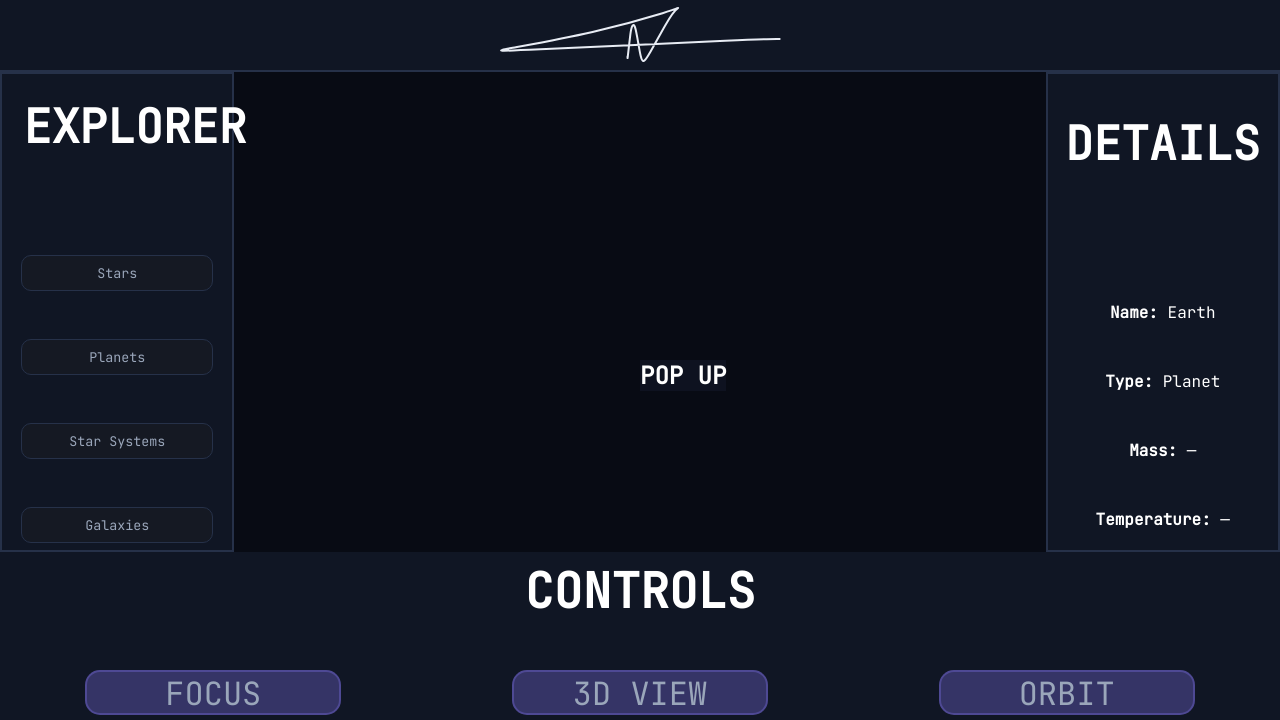
Repository: nico-madruga/Universe
Page: front-end/html/index.html
An editor plug-in stored every save of this project. The page is shown before and after the next save, followed by the edit.
The browser window is 1280 px wide. The pictures show the whole page.
After loading, the first visible `#stars-button` was clicked once.

Above is the page before, as saved 2026-09-29 21:15:18.

### front-end/html/index.html
<!DOCTYPE html>
<html lang="en">
<head>
    <meta charset="UTF-8">
    <meta name="viewport" content="width=device-width, initial-scale=1.0">
    <link href='https://fonts.googleapis.com/css?family=JetBrains Mono' rel='stylesheet'>
    <link rel="stylesheet" href="../css/style.css">
    <title>Universe</title>

    <link rel="stylesheet" href="../css/style.css">
</head>

<body>

    <header>
        <img src="/front-end/imgs/Vector 1.svg">
    </header>


    <main class="layout">

        <aside class="sidebar">

            <h2>EXPLORER</h2>

            <nav>
                <button id="stars-button" class="standard_button">Stars</button>
                <button id="planets-button" class="standard_button">Planets</button>
                <button id="systems-button" class="standard_button">Star Systems</button>
                <button id="galaxies-button" class="standard_button">Galaxies</button>
            </nav>

        </aside>

                <div class="star star-1"></div>
                <div class="star star-2"></div>
                <div class="star star-3"></div>

                <div class="planet"></div>

            <section class="object-info">

                <h2>DETAILS</h2>

                <div class="info-grid">

                    <p>
                        <strong>Name:</strong>
                        Earth
                    </p>

                    <p>
                        <strong>Type:</strong>
                        Planet
                    </p>

                    <p>
                        <strong>Mass:</strong>
                        —
                    </p>

                    <p>
                        <strong>Temperature:</strong>
                        —
                    </p>

                </div>

            </section>

        </section>

    </main>

    <section id="pop-up" class="pop-up">
        <div id="pop-up-content" class="pop-up-content">
            <h1>POP UP</h1>
        </div>
    </section>

    <footer class="controls">
        <h2>CONTROLS</h2>

        <div class="control-buttons">
            <button class="control-button">FOCUS</button>
            <button class="control-button">3D VIEW</button>
            <button class="control-button">ORBIT</button>
        </div>
    </footer>
<script src="/front-end/js/main.js"></script>
</body>
</html>

### front-end/css/style.css
:root
{
    --background-color: #101624;
    --backgroundf-color: #101624BF;
    --planet-background-color: #080B14;
    --button-color: #2222224D;
    --button-border-color-hovered: #222222;
    --button-color-hovered: #263149BF;
    --panels-color: #101624;
    --panel-borders-color: #263149;
    --main-text-color: #E8ECF4;
    --secondary-text-color: #9AA6BA;
    --primary-accent-color: #4CC9F0;
    --secondary-accent-color: #8B7CFF;
    --control-button-color: #8B7CFF4D;
    --control-button-border: #8B7CFF4D;
    --control-border-hover: #F1EFFF4D;
    --highlight-color: #A9E8FF;
}

*
{
 padding: 0;
 margin: 0;
 color: white;
 font-family: 'JetBrains Mono';
}

header
{
    display: flex;
    padding: 1vh 0;
    background-color: var(--background-color);
    flex-direction: row-reverse;
    justify-content: space-evenly;
    border-bottom: 2px solid var(--panel-borders-color);
}

header input
{
    align-self: center;
    height: 2rem;
}

body
{
    background-color: var(--background-color);
}

.layout
{
    display: flex;
    justify-content: space-between;
    background-color: var(--planet-background-color);
}

.layout .sidebar
{
    display: flex;
    flex-direction: column;
    text-align: center;
    width: 18vw;
    height: 66vh;
    border: 2px solid var(--panel-borders-color);
    background-color: var(--panels-color);
}

.sidebar h2
{
    padding: 3vh;
    font-size: 2.9rem;
    font-style: normal;
}

.sidebar nav
{
    display: flex;
    flex-direction: column;
    gap: 48px;
    padding-top: 4.8rem;
}

.standard_button
{
    align-self: center;
    width: 15vw;
    height: 5vh;
    background-color: var(--button-color);
    border: 1px solid var(--panel-borders-color);
    border-style: solid;
    color: var(--secondary-text-color);
    border-radius: 10px;
}

.standard_button:hover
{
    border: 1px solid var(--button-border-color-hovered);
    background-color: var(--button-color-hovered);
    color: var(--secondary-accent-color)
}

.content
{
    display: flex;
}

.content .space
{
    background-color: var(--planet-background-color);
    width: 100%;
}

.layout .object-info
{
    display: flex;
    flex-direction: column;
    padding-top: 2.4rem;
    text-align: center;
    gap: 48px;
    width: 18vw;
    border: 2px solid var(--panel-borders-color);
    background-color: var(--panels-color);
}

.layout .object-info h2
{
    font-size: 2.9rem;
}

.layout .object-info .info-grid
{
    display: flex;
    flex-direction: column;
    padding-top: 5rem;
    gap: 48px;
    color: var(--secondary-text-color);
}

.controls
{
    display: flex;
    flex-direction: column;
    gap: 3rem;
    text-align: center;
    padding-top: 1vh;
}

.controls h2
{
    font-size: 3rem;
}

.control-buttons
{
    display: flex;
    justify-content: space-around;
}

.control-button
{
    background-color: var(--control-button-color);
    border-style: solid;
    color: var(--secondary-text-color);
    font-size: 2rem;
    border-color: var(--control-button-border);
    width: 20vw;
    height: 3.5vw;
    border-radius: 15px;
}

.control-button:hover
{
    background-color: var(--secondary-accent-color);
    border-color: var(--control-border-hover);
    color: var(--button-color-hovered);
}

#pop-up
{
    display: none;
}

#pop-up.open
{
    display: block;
    position: fixed;
    background-color: var(--backgroundf-color);
    top: 50%;
    left: 50%;
}

### front-end/js/main.js
const popup = document.querySelector("#pop-up")
const starButton = document.querySelector("#stars-button");

starButton.addEventListener("click", () => {
    popup.classList.add("open")
})

After the next save:
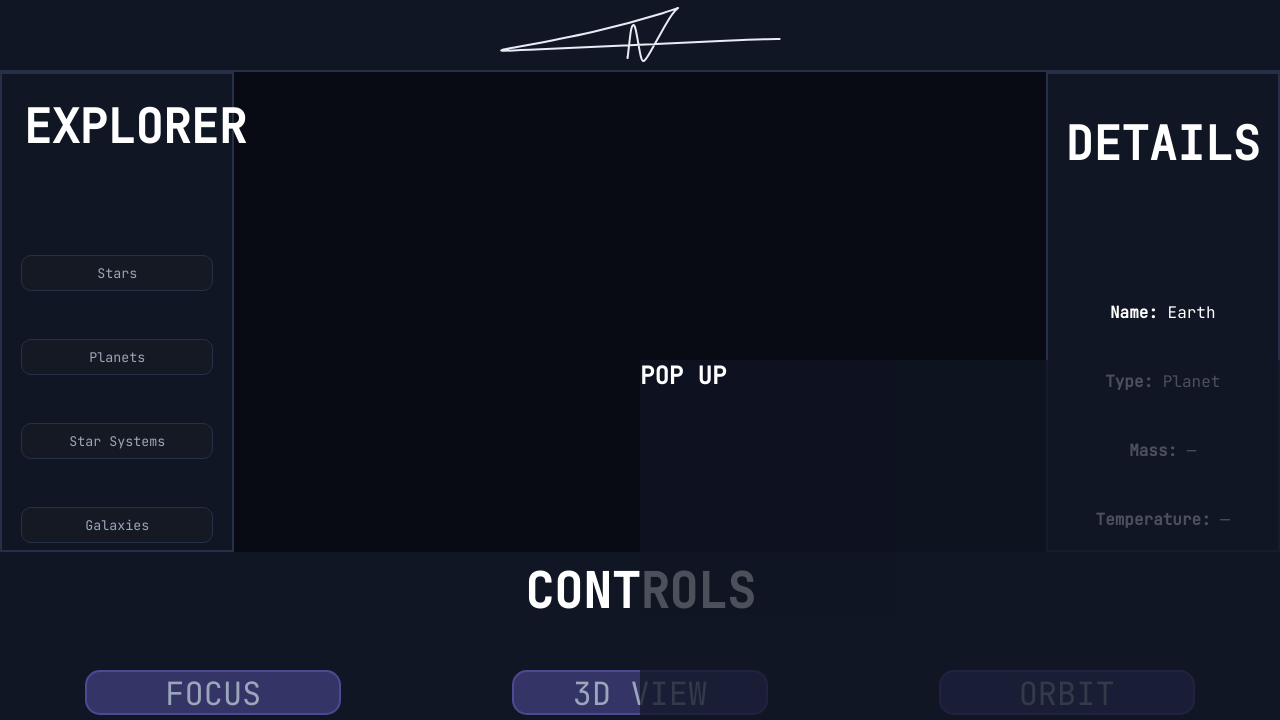
Saved 14 s later.
--- a/front-end/css/style.css
+++ b/front-end/css/style.css
@@ -185,6 +185,8 @@ body
     display: block;
     position: fixed;
     background-color: var(--backgroundf-color);
+    width: 100vw;
+    height: 100vh;
     top: 50%;
     left: 50%;
 }
